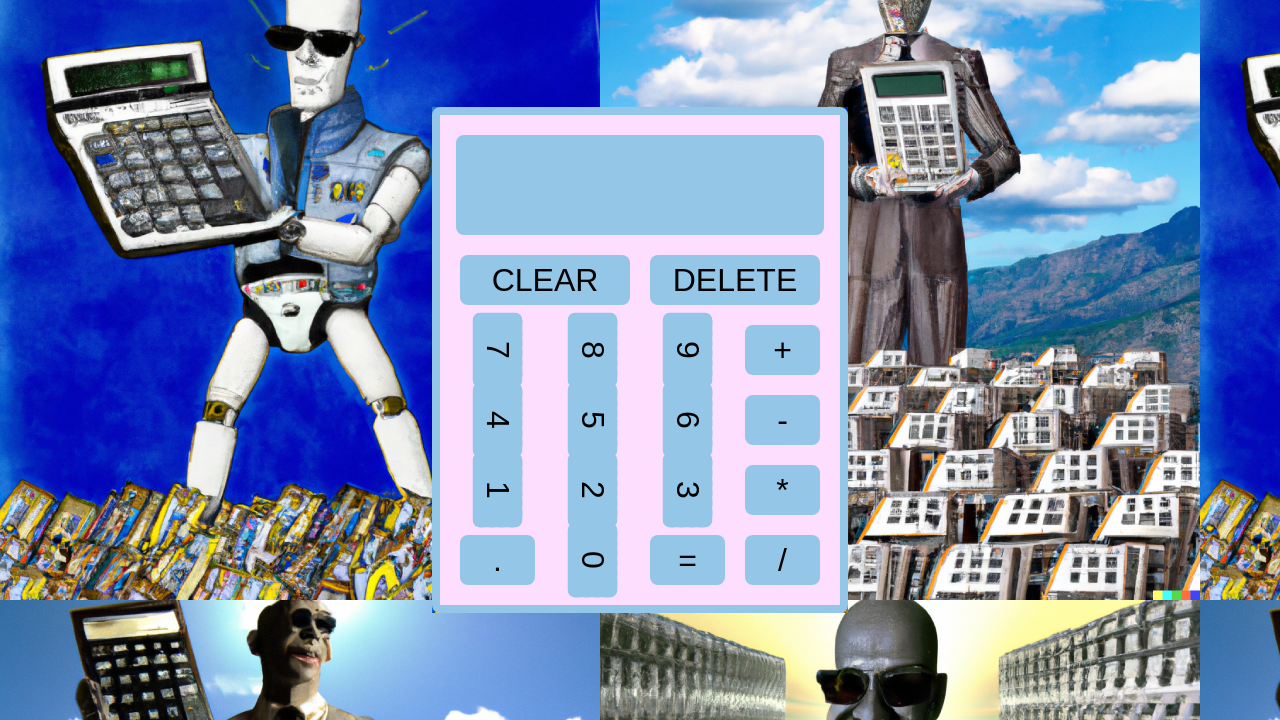
Repository: yeetzpxoci/calculator
Page: index.html
These files come from the project's save history. The page is drawn as it stood at one moment and after the next save; the edit follows.
The browser window is 1280 px wide. The pictures show the whole page.

Above is the page before, as saved 2023-02-05 14:05:52.

After the next save:
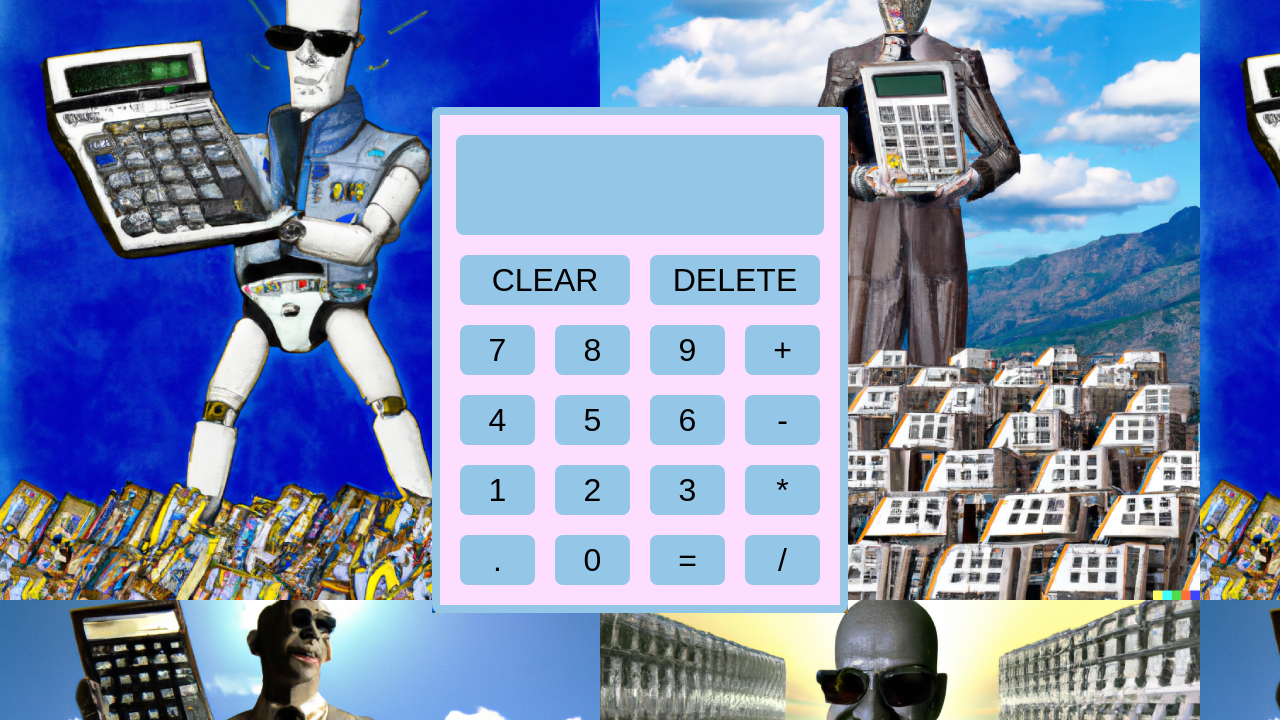
Saved 29 s later.
--- a/script.js
+++ b/script.js
@@ -32,8 +32,8 @@ const display = document.getElementById("display")
 display.innerHTML = ""
 
 document.querySelectorAll(".number-button").forEach(function(element) {
-    element.style.transform = "rotate(90deg)";
     element.addEventListener("click", function () {
+        this.style.transform = "rotate(90deg)";
         if (display.innerHTML === current_operator) {
             display.innerHTML = "";
             display.innerHTML = display.innerHTML + this.innerHTML;
